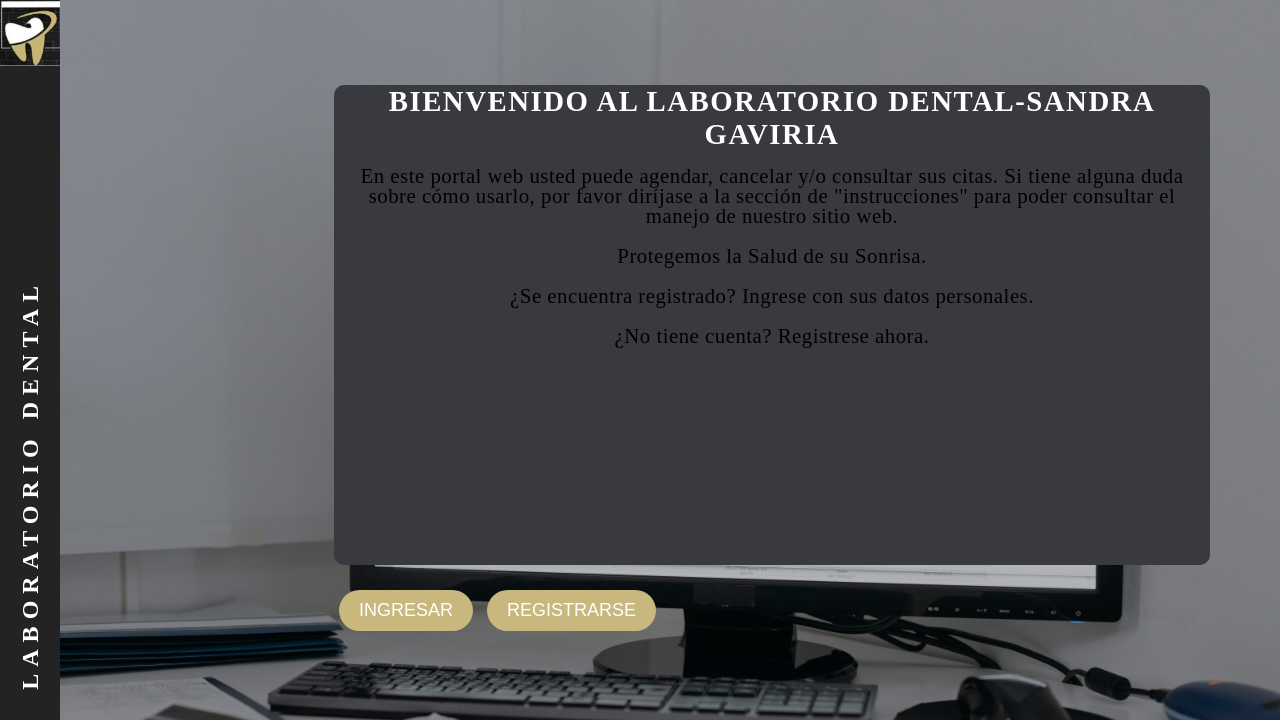
Repository: IIntef/ProyectoDental2.0
Page: Proyecto/Proyecto/Fer.html
An editor plug-in stored every save of this project. The page is shown before and after the next save, followed by the edit.
The browser window is 1280 px wide. The pictures show the whole page.

Above is the page before, as saved 2024-06-14 16:47:00.

### Proyecto/Proyecto/Fer.html
<!DOCTYPE html>
<html lang="en">
<head>
    <meta charset="UTF-8">
    <meta name="viewport" content="width=device-width, initial-scale=1.0">
    <title>Inicio</title>
    <link rel="stylesheet" href="StyleFer.css">
</head>
<body>
    <header>
        <img src="Logo.jpeg" alt="Logo Laboratorio Dental">
        <h1>LABORATORIO DENTAL</h1>
    </header>
    <main>
        <div class="container">
        <h2>BIENVENIDO AL LABORATORIO DENTAL-SANDRA GAVIRIA</h2>
        <P>En este portal web usted puede agendar, cancelar y/o consultar sus citas. Si tiene alguna duda sobre cómo usarlo, por favor diríjase a la sección de "instrucciones" para poder consultar el manejo de nuestro sitio web.</P>
        <p>Protegemos la Salud de su Sonrisa.</p>
        <p>¿Se encuentra registrado? Ingrese con sus datos personales.</p>
        <p>¿No tiene cuenta? Registrese ahora.</p>
        </div>
        <div class="buttons">
        <button id="ingresar">INGRESAR</button>
        <button id="registrarse">REGISTRARSE</button>
        </div>
    </main>
</body>
</html>

### Proyecto/Proyecto/StyleFer.css
header{
    position: relative;
    background-color: #232323;
    width: fit-content;
    height: 100vh;
    display: flex;
    flex-direction: column;
    align-items: center;
    justify-content: space-between;
    z-index: 1;
}

header h1 {
    writing-mode: vertical-rl;
    letter-spacing: 7px;
    font-size: clamp(1rem, 2.5vw, 1.5rem);
    transform: rotate(180deg);
    color: #fff;
    margin: 30px 0 ;
    font-weight: bold;
}

header img {
    width: 8vw;
    max-width: 60px;
}

main{
    width: 100%;
    justify-content:flex-start;
    align-items: center;
    margin-left: calc(30% - 110px);
}

.container{
    background: #383A3F;
    border-radius: 10px;
    box-shadow: 0 14px 28px rgba(0, 0, 0, 0.25), 0 10px 10 px rgba(0, 0, 0, 0.22);
    position: relative;
    overflow: hidden;
    width: 80vw;
    max-width: 876px;
    min-height: 480px;
    text-align: center;
}
body {
    padding: 0;
    margin: 0;
    font-family: 'Times New Roman', Times, serif, Helvetica, Arial, sans-serif;
    display: flex;
    align-items: center;
    min-height: 100%;
    background: linear-gradient(rgba(5,7,12,0.3), rgba(5,7,12,0.3)), url("Fondo.jpg"), no-repeat center center fixed;
    width: 100%;
    background-size: cover;
}

h1{
    margin: 0;
    color: white;
    font-family: 'Fredoka One';
    letter-spacing: 1.5px;
    font-size: clamp(1.5rem, 2.5vw, 2rem);
    text-align: center;
}

h2{
    margin: 0;
    color: white;
    font-family: 'Fredoka One';
    letter-spacing: 1.5px;
    font-size: clamp(1.2rem, 2.5vw, 1.8rem);
    text-align:center;
}

p{
    font-weight: 100;
    line-height: 20px;
    letter-spacing: 0.5px;
    margin: 15px 0 20px;
    font-size: clamp(1.2rem, 2.5vw, 1.3rem);
}

a{
    color: white;
    font-size: 17px;
    text-decoration: none;
    margin: 15px 3px;
}

span{
    margin-bottom: 8px;
}

.content {
    display: flex;
    flex-direction: column;
    align-items: center;
}

.CajadeBienvenida {
    background-color: #333;
    color: #ffffff;
    padding: 35px;
    text-align: center;
    width: 70vw;
    max-width: 70vh;
    border-radius: 10px; /* Valor para redondear las esquinas */

}

.buttons {
    margin-top: 20px;
    align-items: center;
}

button {
    font-size: large;
    background-color: #c8b87d;
    color: #ffffff;
    border: none;
    padding: 10px 20px;
    margin: 5px;
    cursor: pointer;
    border-radius: 30px; /* Bordes redondos */
    transition: background-color 0.3s; /* Transición suave del color de fondo */
}

button:hover {
    background-color: #e0d4a0; /* Cambia el color al pasar el cursor */
}

.image-container {
    display: none; /* Oculta el contenedor de imagen */
}

After the next save:
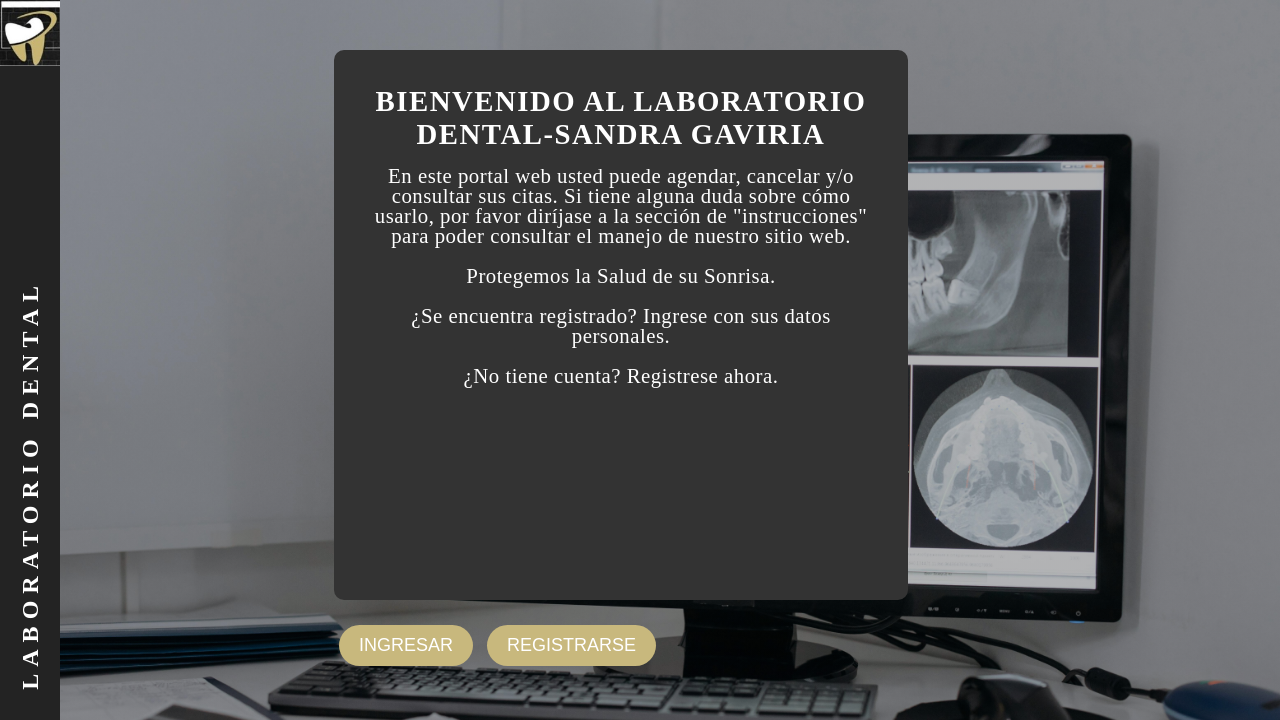
Saved 42 s later.
--- a/Proyecto/Proyecto/StyleFer.css
+++ b/Proyecto/Proyecto/StyleFer.css
@@ -42,6 +42,13 @@ main{
     max-width: 876px;
     min-height: 480px;
     text-align: center;
+    background-color: #333;
+    color: #ffffff;
+    padding: 35px;
+    text-align: center;
+    width: 70vw;
+    max-width: 70vh;
+    border-radius: 10px;
 }
 body {
     padding: 0;
@@ -98,16 +105,7 @@ span{
     align-items: center;
 }
 
-.CajadeBienvenida {
-    background-color: #333;
-    color: #ffffff;
-    padding: 35px;
-    text-align: center;
-    width: 70vw;
-    max-width: 70vh;
-    border-radius: 10px; /* Valor para redondear las esquinas */
 
-}
 
 .buttons {
     margin-top: 20px;
